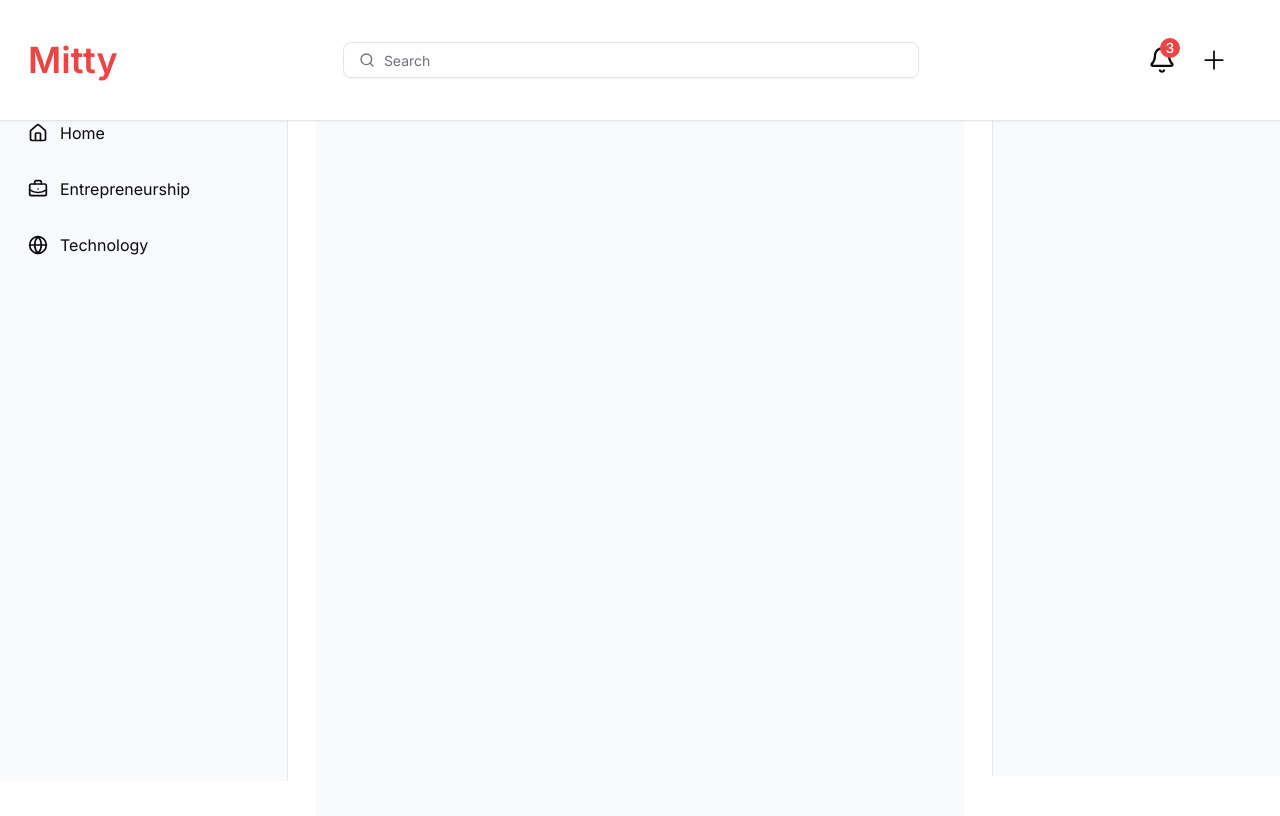
Repository: IssaMuiz/afrixpace-frontend
Page: /
An editor plug-in stored every save of this project. The page is shown before and after the next save, followed by the edit.
The browser window is 1280 px wide. The pictures show the whole page.
Pictures or frames that could not be fetched are drawn as grey boxes. The page's requests for data from a server got no answer. The project was rebuilt for these pictures with package versions that can differ from the ones it lists, and the page was loaded fresh each time. The framework's server and built-in components were replaced by stand-ins that run in the browser. No one was signed in, and anything a server would have sent is missing. Also part of the build but not shown: next.config.ts, components/ui/textarea.tsx, components/ui/card.tsx, components/Vote.tsx, components/PostCard.tsx.

Above is the page before, as saved 2025-02-09 15:59:43.

After the next save:
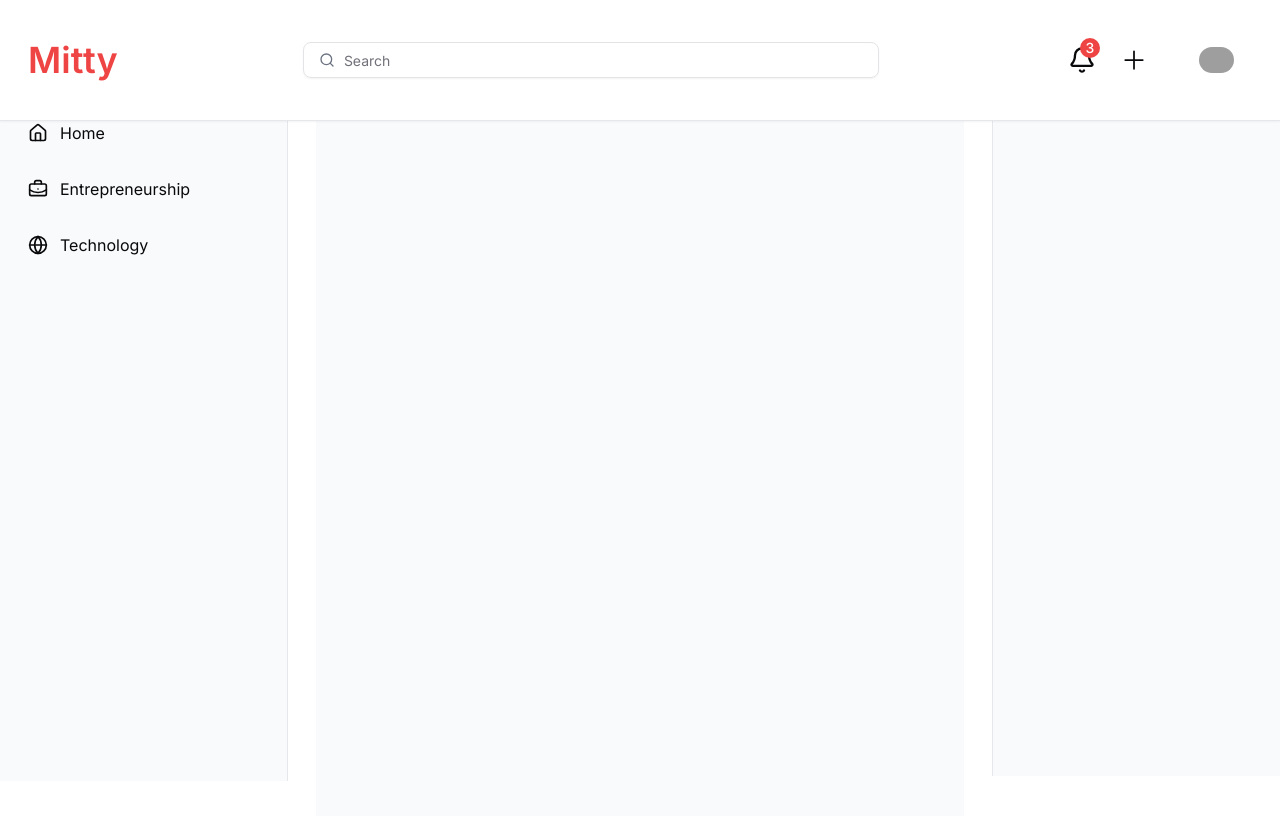
Saved 12 s later.
--- a/components/Navbar.tsx
+++ b/components/Navbar.tsx
@@ -63,7 +63,7 @@
         <CreatePostModal />
 
         <Button
-          className="relative hover:bg-gray-300 rounded-full cursor-pointer border-none shadow-none p-2 h-24 w-4 group"
+          className="relative hover:bg-gray-300 rounded-full cursor-pointer border-none shadow-none p-2 h-24 w-24 group"
           variant="outline"
           onClick={() => router.push(`/profile/${user.username}`)}
         >
